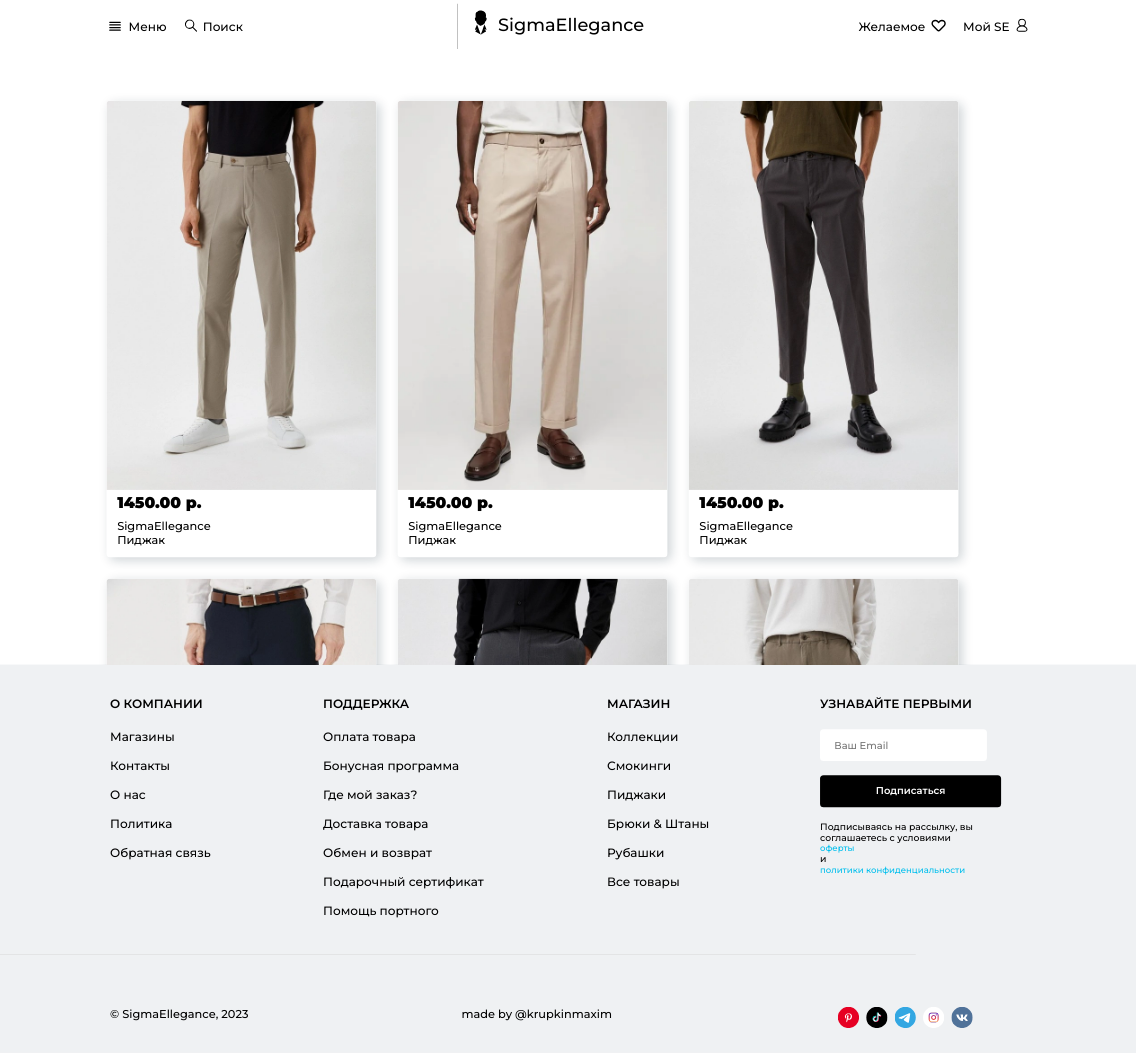
Repository: MaksimKrupkin/SigmaEllegance
Page: /goodspage/bruki
The author's editor kept a copy of each file at every save. The page is drawn from the files as they stood at one save, then again after the next save.
The browser window is 1280 px wide. The page is 1600 px wide, so the pictures cover 1600 px, including what lies to the right of the window. The pictures show the whole page, at 71% of full size.
An inner scrolling area shows only its first screen. Some web fonts or font styles are not loaded; a fallback is used. The project was rebuilt for these pictures with package versions that can differ from the ones it lists, and the page was loaded fresh each time. Requests to the local data server were answered from the project's data file. Also part of the build but not shown: src/Components/SideBar/SideBar.module.css, src/Components/SideBar/SideBar.jsx, src/Pages/HomePage.module.css, src/Components/SliderWrapper/SliderWrapper.module.css, src/Components/SliderCard/SliderCard.module.css, src/Components/SliderCard/SliderCard.jsx, src/Components/LeftArrow/LeftArrow.module.css, src/Components/LeftArrow/LeftArrow.jsx and 18 more.

Above is the page before, as saved 2023-12-12 21:20:33.

### public/index.html
<!DOCTYPE html>
<html lang="en">
  <head>
    <meta charset="utf-8" />

    <meta name="viewport" content="width=device-width, initial-scale=1" />

    <link rel="preconnect" href="https://fonts.googleapis.com" />
    <link rel="preconnect" href="https://fonts.gstatic.com" crossorigin />
    <link
      href="https://fonts.googleapis.com/css2?family=Roboto:wght@400;500;700&display=swap"
      rel="stylesheet" />
    <link
      href="https://fonts.googleapis.com/css2?family=Montserrat:ital,wght@0,300;0,500;0,600;0,900;1,400;1,500&family=Roboto:wght@400;500;700&display=swap"
      rel="stylesheet" />
    <link rel="preconnect" href="https://fonts.googleapis.com" />
    <link rel="preconnect" href="https://fonts.gstatic.com" crossorigin />
    <link
      href="https://fonts.googleapis.com/css2?family=Montserrat:wght@300&family=Roboto:wght@400;500;700&display=swap"
      rel="stylesheet" />
    <link href="https://fonts.cdnfonts.com/css/montserrat" rel="stylesheet" />
    <title>SigmaEllegance</title>
  </head>
  <body>
    <div id="root"></div>
  </body>
</html>

### src/index.js
import React from 'react';
import ReactDOM from 'react-dom/client';
import App from './App';
import { BrowserRouter } from 'react-router-dom';
const root = ReactDOM.createRoot(document.getElementById('root'));
root.render(
  <React.StrictMode>
    <BrowserRouter>
      <App />
    </BrowserRouter>
  </React.StrictMode>,
);

### src/App.js
import Header from './Components/Header/Header';
import HomePage from './Pages/HomePage';
import styles from './App.module.css';
import GoodsPage from './Pages/GoodsPage/GoodsPage';
import OpenGoodPage from './Pages/OpenGoodPage/OpenGoodPage';
import Footer from './Components/Footer/Footer';
import { BrowserRouter, Route, Routes } from 'react-router-dom';
import AboutUs from './Pages/AboutUs/AboutUs';
import SearchPage from './Pages/SearchPage/SearchPage';
import React from 'react';
import { useState } from 'react';
import { useParams } from 'react-router-dom';
function App() {
  const { category } = useParams();
  return (
    <div className={styles.container}>
      <Header />
      <Routes>
        <Route path="/" element={<HomePage />} />
        <Route path="/goodspage/" element={<GoodsPage />} />
        <Route path="/goodspage/:category" element={<GoodsPage />} />
        <Route path="/opengoodspage" element={<OpenGoodPage />} />
        <Route path="/aboutUsPage" element={<AboutUs />} />
        <Route path="/searchPage" element={<SearchPage />} />
      </Routes>

      <Footer />
    </div>
  );
}

export default App;

### src/Components/Header/Header.jsx
import React from 'react';
import { useState } from 'react';
import { Link } from 'react-router-dom';
import styles from './Header.module.css';
import logo from '../../assets/img/logo.svg';
import icon1 from '../../assets/img/Icon1.svg';
import icon2 from '../../assets/img/icon2.svg';
import icon3 from '../../assets/img/icon3.svg';
import icon4 from '../../assets/img/icon4.svg';
import SideBar from '../SideBar/SideBar';

function Header() {
  const [toggleMenu, setToggleMenu] = useState(false);
  const HandleToggle = () => {
    setToggleMenu(!toggleMenu);
  };
  console.log(toggleMenu);
  return (
    <header className={styles.header}>
      <div className={styles.left_part}>
        <div onClick={HandleToggle} className={styles.menu}>
          <img className={styles.icon1} src={icon1} alt="" />
          <p>Меню</p>
        </div>
        {toggleMenu && <SideBar HandleToggle={HandleToggle} />}

        <Link to="/searchPage" className={styles.search}>
          <img className={styles.icon2} src={icon2} alt="" />
          <p>Поиск</p>
        </Link>
      </div>
      <Link to="/" className={styles.logo_part}>
        <img className={styles.logo} src={logo} alt="" />
        <p>SigmaEllegance</p>
      </Link>
      <div className={styles.right_part}>
        <a className={styles.liked}>
          <p>Желаемое</p>
          <img className={styles.icon3} src={icon3} alt="" />
        </a>
        <a className={styles.purchases}>
          <p>Мой SE</p>
          <img className={styles.icon4} src={icon4} alt="" />
        </a>
      </div>
    </header>
  );
}

export default Header;

### src/App.module.css
body {
  font-family: 'Montserrat', sans-serif;
  display: block;
  margin: 0 auto;
  padding: 0;
  width: 100%;
  position: relative;
  overflow-x: hidden;
}
.container {
  width: 1600px;
  display: block;
  margin: 0 auto;
  overflow-y: scroll;
}

*,
*::before,
*::after {
  box-sizing: border-box;
}

/* Links */

a,
a:link,
a:visited {
  text-decoration: none;
}

a:hover {
  text-decoration: none;
}

/* Common */

aside,
nav,
header,
section,
main {
  display: block;
}

h1,
h2,
h3,
h4,
h5,
h6,
p {
  font-size: inherit;
  font-weight: inherit;
}

ul,
ul li {
  list-style: none;
}

img {
  vertical-align: top;
}

img,
svg {
  max-width: 100%;
  height: auto;
}

address {
  font-style: normal;
}

/* Form */

input,
textarea,
button,
select {
  font-family: inherit;
  font-size: inherit;
  color: inherit;
  background-color: transparent;
}

input::-ms-clear {
  display: none;
}

button,
input[type='submit'] {
  display: inline-block;
  box-shadow: none;
  background-color: transparent;
  background: none;
  cursor: pointer;
}

input:focus,
input:active,
button:focus,
button:active {
  outline: none;
}

button::-moz-focus-inner {
  padding: 0;
  border: 0;
}

label {
  cursor: pointer;
}

legend {
  display: block;
}

### src/Pages/GoodsPage/GoodsPage.jsx
import React, { useState, useEffect } from 'react';
import GoodsCard from '../../Components/GoodsCard/GoodsCard';
import styles from './GoodsPage.module.css';
import axios from 'axios';
import Footer from '../../Components/Footer/Footer';
import { useParams } from 'react-router-dom';

export default function GoodsPage() {
  React.useEffect(() => {
    window.scrollTo(0, 0);
  });
  const { category } = useParams();
  const [goods, setGoods] = useState([]);
  useEffect(() => {
    axios
      .get(`http://localhost:3001/${category}`)
      .then((resp) => {
        const data = resp.data;
        setGoods(data);
      })
      .catch((error) => {
        console.log(error, 'error');
      });
  }, [category]);
  const firstItemType = goods.length > 0 ? goods[0].type : '';
  console.log(firstItemType);

  return (
    <div className={styles.main}>
      <div className={styles.page_title}>{goods.type}</div>
      <div className={styles.container_goods}>
        {goods.map((card, index) => (
          <GoodsCard key={index} type={card.type} price={card.price} image={card.image1} />
        ))}
      </div>
    </div>
  );
}

### src/Components/Footer/Footer.jsx
import React from 'react';
import icon1 from '../../assets/img/pint.svg';
import icon2 from '../../assets/img/TT.svg';
import icon3 from '../../assets/img/TG.svg';
import icon4 from '../../assets/img/IG.svg';
import icon5 from '../../assets/img/VK.svg';
import styles from './Footer.module.css';

export default function Footer() {
  return (
    <footer className={styles.footer}>
      <div className={styles.column_1}>
        <a className={styles.column_title}>О компании</a>
        <a className={styles.column_item}> Магазины</a>
        <a className={styles.column_item}>Контакты</a>
        <a className={styles.column_item}>О нас</a>
        <a className={styles.column_item}>Политика</a>
        <a className={styles.column_item}>Обратная связь</a>
      </div>
      <div className={styles.column_2}>
        <a className={styles.column_title}>Поддержка</a>
        <a className={styles.column_item}> Оплата товара</a>
        <a className={styles.column_item}>Бонусная программа</a>
        <a className={styles.column_item}>Где мой заказ?</a>
        <a className={styles.column_item}>Доставка товара</a>
        <a className={styles.column_item}>Обмен и возврат</a>
        <a className={styles.column_item}>Подарочный сертификат</a>
        <a className={styles.column_item}>Помощь портного</a>
      </div>
      <div className={styles.column_3}>
        <a className={styles.column_title}>Магазин</a>
        <a className={styles.column_item}> Коллекции</a>
        <a className={styles.column_item}>Смокинги</a>
        <a className={styles.column_item}>Пиджаки</a>
        <a className={styles.column_item}>Брюки & Штаны</a>
        <a className={styles.column_item}>Рубашки</a>
        <a className={styles.column_item}>Все товары</a>
      </div>
      <div className={styles.footer_form}>
        <div className={styles.footer_form_title}>Узнавайте первыми</div>
        <form action={styles.text}>
          <input className={styles.footer_form_email} type="text" placeholder="Ваш Email" />
        </form>
        <div className={styles.footer_button}>
          <div className={styles.footer_link}>Подписаться</div>
        </div>
        <div className={styles.policy}>
          Подписываясь на рассылку, вы соглашаетесь с условиями{' '}
          <a href="" className={styles.policy_link}>
            оферты
          </a>{' '}
          и <a className={styles.policy_link}>политики конфиденциальности</a>{' '}
        </div>
      </div>
      <div className={styles.footer_border}>
        <img src="/img/Border.svg" alt="" />
      </div>
      <div className={styles.sigma_corp}>© SigmaEllegance, 2023</div>
      <div className={styles.made_by}>made by @krupkinmaxim</div>
      <div className={styles.social_networks}>
        <img className={styles.pintrest} src={icon1} alt="" />
        <img className={styles.tik_tok} src={icon2} alt="" />
        <img className={styles.telegram} src={icon3} alt="" />
        <img className={styles.instagram} src={icon4} alt="" />
        <img className={styles.vk} src={icon5} alt="" />
      </div>
    </footer>
  );
}

### src/Components/Header/Header.module.css
.header {
  font-family: 'Montserrat', sans-serif;
  margin: 0 auto;
  width: 100%;
  height: 10vh;
  display: flex;
  justify-content: space-around;
  align-items: center;
}

.left_part {
  display: flex;
  justify-content: space-between;
  align-items: center;
  gap: 25px;
  color: #000;
  margin-bottom: -2px;

  font-family: Montserrat;
  font-size: 17px;
  font-style: normal;
  font-weight: 500;
  line-height: normal;
}
.menu {
  display: flex;
  justify-content: space-between;
  align-items: center;
  gap: 8px;
  cursor: pointer;
}
.menu:hover {
  color: rgb(80, 77, 77);
}
.icon1 {
  width: 22px;
  height: 22px;
  margin-bottom: 1px;
}
.search {
  display: flex;
  justify-content: space-between;
  align-items: center;
  gap: 8px;
  cursor: pointer;
  color: black;
}

.search:hover {
  color: rgb(80, 77, 77);
}
.icon2 {
  width: 18px;
  height: 18px;
  margin-bottom: 3px;
}

.logo_part {
  margin-bottom: 3px;
  display: flex;
  justify-content: space-between;
  align-items: center;

  color: #000;

  font-family: Montserrat;
  font-size: 25px;
  font-style: normal;
  font-weight: 400;
  line-height: normal;
  cursor: pointer;
}

.logo {
  width: 67.375px;
  height: 69.103px;
  flex-shrink: 0;
  margin-right: -10px;
}
.right_part {
  margin-bottom: -2px;
  display: flex;
  justify-content: space-between;
  align-items: center;
  gap: 23px;
  font-family: Montserrat;
  font-size: 17px;
  font-style: normal;
  font-weight: 500;
  line-height: normal;
}

.liked {
  display: flex;
  justify-content: space-between;
  align-items: center;
  gap: 8px;
  cursor: pointer;
}
.liked:hover {
  color: rgb(80, 77, 77);
}
.icon3 {
  width: 22px;
  height: 22px;
  margin-bottom: 3px;
}

.purchases {
  display: flex;
  justify-content: space-between;
  align-items: center;
  gap: 8px;
  cursor: pointer;
}
.purchases:hover {
  color: rgb(80, 77, 77);
}

.icon4 {
  width: 19px;
  height: 19px;
  margin-bottom: 3px;
}

### src/Components/GoodsCard/GoodsCard.jsx
import React from 'react';
import styles from './GoodsCard.module.css';

import { Link } from 'react-router-dom';

export default function GoodsCard({ price, image }) {
  return (
    <div className={styles.goods_card} id="0">
      <Link to="/opengoodspage" className={styles.goods_link}>
        <img src={image} alt="" className={styles.good_image} />
        <div className={styles.price}>{price}</div>
        <div className={styles.brandname}>SigmaEllegance</div>
        <div className={styles.type}>Пиджак</div>
      </Link>
    </div>
  );
}

### src/Pages/GoodsPage/GoodsPage.module.css
.main {
  display: flex;
  flex-direction: column;
  min-height: 120vh;
}
.page_title {
  text-align: center;
  margin-top: 20px;
  font-size: 40px;
  text-transform: uppercase;
}

.container_goods {
  width: 1200px;
  height: 470px;
  margin: 150px;
  margin-right: 140px;
  margin-top: 50px;
  display: flex;
  justify-content: space-between;
  gap: 115px;

  border-color: #00bfed;
  display: flex;
  justify-content: space-between;
  gap: 30px;
  flex-wrap: wrap;
  margin-bottom: 50px;
}

### src/Components/Footer/Footer.module.css
.footer {
  background-color: #eff1f3;
  width: 1600px;
  height: 547px;
  position: absolute;
  overflow-y: hidden;
}
a {
  display: block;
}

.column_1 {
  position: absolute;
  top: 45px;
  left: 155px;
}

.column_2 {
  position: absolute;
  top: 45px;
  left: 455px;
}

.column_3 {
  position: absolute;
  top: 45px;
  left: 855px;
}
.column_title {
  font-style: normal;
  font-weight: 600;
  font-size: 17px;
  line-height: 21px;
  text-transform: uppercase;
  color: #000000;
  margin-bottom: 25px;
}

.column_item {
  font-family: 'Montserrat';
  font-style: normal;
  font-weight: 400;
  font-size: 17px;
  line-height: 21px;
  color: #000000;
  margin-bottom: 20px;
  cursor: pointer;
}

.footer_form {
  position: absolute;
  top: 45px;
  left: 1155px;
}

.footer_form_title {
  font-style: normal;
  font-weight: 600;
  font-size: 17px;
  line-height: 21px;
  text-transform: uppercase;
  color: #000000;
  margin-bottom: 25px;
}
.footer {
  opacity: 1;
}
.footer_form_email {
  width: 235px;
  height: 45px;
  background-color: white;
  border: none;
  border-radius: 5px;
  font-style: normal;
  font-weight: 400;
  font-size: 14px;
  line-height: 17px;
  padding-left: 20px;
  color: rgba(0, 0, 0, 0.4);
}
.footer_form_email:focus {
  border: 2px solid black;
}

.footer_button {
  margin-top: 20px;
  margin-bottom: 20px;
  width: 255px;
  background-color: #000000;
  border-radius: 5px;
  text-align: center;
  font-style: normal;
  font-weight: 600;
  font-size: 14px;
  line-height: 45px;
  color: #ffffff;
  cursor: pointer;
}
.footer_link {
  color: #ffffff;
}

.policy {
  width: 254px;
  font-style: normal;
  font-weight: 400;
  font-size: 13px;
  line-height: 15px;
  color: #000000;
}
.policy_link {
  font-style: normal;
  font-weight: 400;
  font-size: 12px;
  line-height: 15px;
  color: #00bfed;
}

.footer_border {
  position: absolute;
  bottom: 120px;
}

.sigma_corp {
  position: absolute;
  left: 155px;
  bottom: 45px;

  font-weight: 500;
}

.made_by {
  position: absolute;
  left: 650px;
  bottom: 45px;
  font-weight: 500;
}

.social_networks {
  position: absolute;
  left: 1180px;
  bottom: 35px;
}
.pintrest {
  width: 30px;
  height: 30px;
  margin-right: 10px;
  transition: all 0.1s ease-in;
  cursor: pointer;
}
.pintrest:hover {
  width: 35px;
  height: 35px;
  transform: translateY(-3px);
}
.tik_tok {
  width: 30px;
  height: 30px;
  margin-right: 10px;
  transition: all 0.1s ease-in;
  cursor: pointer;
}
.tik_tok:hover {
  width: 35px;
  height: 35px;
  transform: translateY(-3px);
}
.telegram {
  width: 30px;
  height: 30px;
  margin-right: 10px;
  transition: all 0.1s ease-in;
  cursor: pointer;
}
.telegram:hover {
  width: 35px;
  height: 35px;
  transform: translateY(-3px);
}
.instagram {
  width: 30px;
  height: 30px;
  margin-right: 10px;
  transition: all 0.1s ease-in;
  cursor: pointer;
}
.instagram:hover {
  width: 35px;
  height: 35px;
  transform: translateY(-3px);
}
.vk {
  width: 30px;
  height: 30px;
  margin-right: 10px;
  transition: all 0.1s ease-in;
  cursor: pointer;
}
.vk:hover {
  width: 35px;
  height: 35px;
  transform: translateY(-3px);
}

### src/Components/GoodsCard/GoodsCard.module.css
.goods_card {
  width: 380px;
  border-radius: 5px;
  -webkit-box-shadow: 5px 4px 15px 0px rgba(11, 34, 51, 0.2);
  -moz-box-shadow: 5px 4px 15px 0px rgba(11, 34, 51, 0.2);
  box-shadow: 5px 4px 15px 0px rgba(11, 34, 51, 0.2);
  transition: all 0.2s ease-in;
}

.good_image {
  width: 380px;
  border-top-left-radius: 5px;
  border-top-right-radius: 5px;
}

.goods_link {
  color: #000000;
}

.price {
  font-size: 22px;
  font-weight: 700;
  margin-left: 15px;
  margin-bottom: 10px;
  margin-top: 5px;
}
.brandname {
  font-size: 16px;
  font-weight: 500;
  margin-left: 15px;
}

.type {
  font-size: 16px;
  font-weight: 500;
  margin-left: 15px;
  margin-bottom: 15px;
}
.goods_card:hover {
  -webkit-box-shadow: 9px -5px 17px -5px rgba(11, 34, 51, 0.6);
  -moz-box-shadow: 9px -5px 17px -5px rgba(11, 34, 51, 0.6);
  box-shadow: 9px -5px 17px -5px rgba(11, 34, 51, 0.6);
}

Loaded but not shown: server/db.json (639 lines, source omitted)

After the next save:
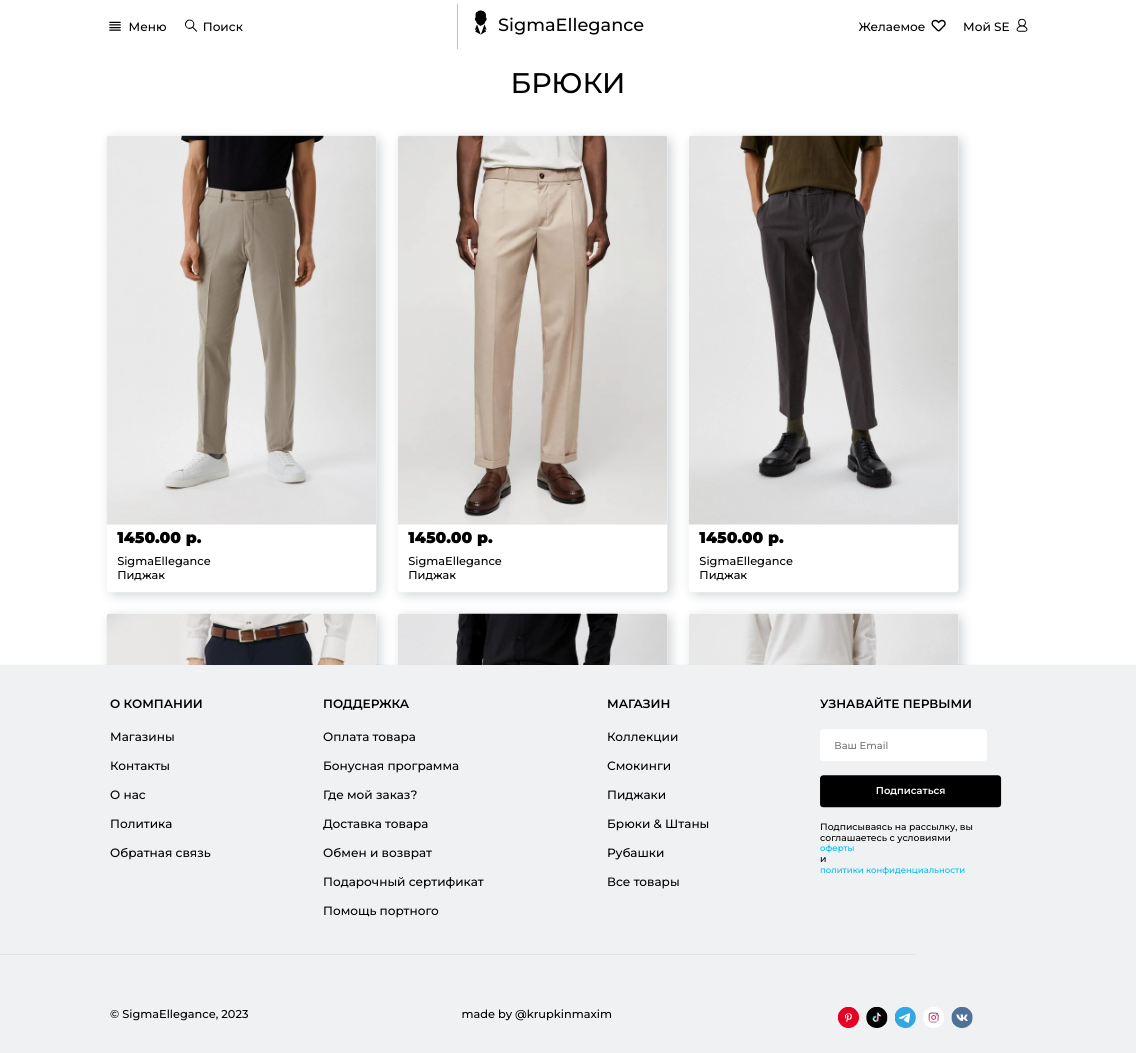
Saved 25 s later.
--- a/src/Pages/GoodsPage/GoodsPage.jsx
+++ b/src/Pages/GoodsPage/GoodsPage.jsx
@@ -27,7 +27,7 @@
 
   return (
     <div className={styles.main}>
-      <div className={styles.page_title}>{goods.type}</div>
+      <div className={styles.page_title}>{firstItemType}</div>
       <div className={styles.container_goods}>
         {goods.map((card, index) => (
           <GoodsCard key={index} type={card.type} price={card.price} image={card.image1} />
